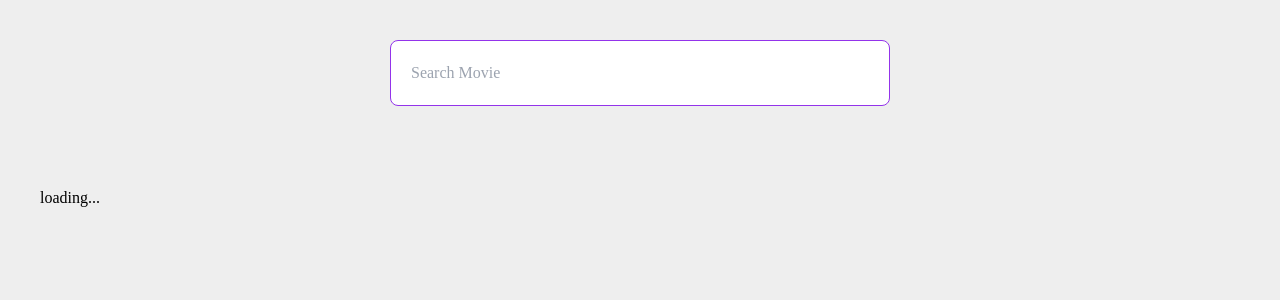
Repository: 16-Doffy/Fe-Khhoahoc
Page: /
These files come from the project's save history. The page is drawn as it stood at one moment and after the next save; the edit follows.
The browser window is 1280 px wide. The pictures show the whole page.
The project was rebuilt for these pictures with package versions that can differ from the ones it lists, and the page was loaded fresh each time. Also part of the build but not shown: src/App.css.

Above is the page before, as saved 2025-02-11 04:01:11.

After the next save:
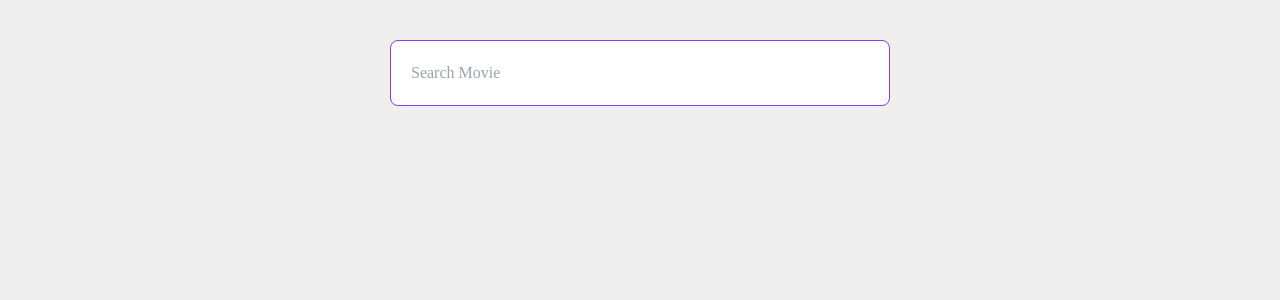
Saved 73 s later.
--- a/src/components/MovieSearchApp.js
+++ b/src/components/MovieSearchApp.js
@@ -1,6 +1,7 @@
 import axios from "axios";
 import React, { useEffect, useState } from "react";
 import useDebounce from "./hook/useDebounce";
+import LoadingSkeleton from "./loading/LoadingSkeleton";
 
 const MovieSearchApp = () => {
   const [movie, setMovie] = useState([]);
@@ -41,7 +42,9 @@ const MovieSearchApp = () => {
           onChange={(e) => setQuery(e.target.value)}
         />
       </div>
-      {loading && <p>loading...</p>}
+      {loading && <div class="grid grd-cols-3 gap-10">
+        <LoadingSkeleton/>
+      </div> }
 
       <div className="grid grid-cols-3 gap-10">
         {!loading &&
